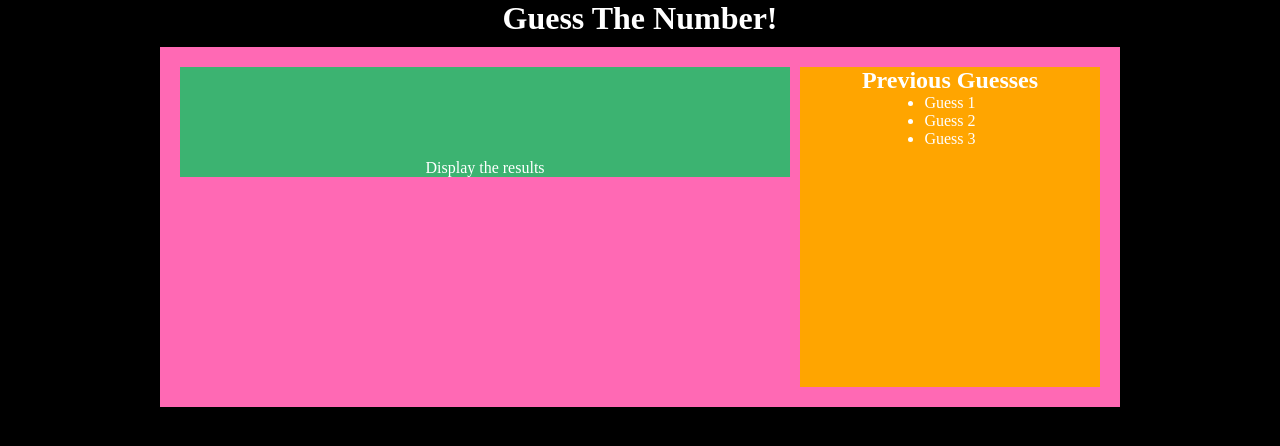
Repository: mlmEFSC21/P14-Guessing-Game
Page: guess.html
An editor plug-in stored every save of this project. The page is shown before and after the next save, followed by the edit.
The browser window is 1280 px wide. The pictures show the whole page.

Above is the page before, as saved 2022-03-16 20:20:57.

### guess.html
<!DOCTYPE html>
<html lang="en">
    <head>
        <meta charset="UTF-8" />
        <meta http-equiv="X-UA-Compatible" content="IE=edge" />
        <meta name="viewport" content="width=device-width, initial-scale=1.0" />
        <link rel="stylesheet" href="guess.css" />
        <script src="guess.js" defer></script>
        <title>Guessing Game</title>
    </head>
    <body>
        <header>
            <h1 class="pageTitle">Guess The Number!</h1>
        </header>
        <section>
            <div class="gameContainer" id="container">
                <div class="results" id="results">
                    <p>Display the results</p>
                </div>
                <div class="trackGuesses" id="guessContainer">
                    <h2>Previous Guesses</h2>
                    <ul class="guesses" id="guessList">
                        <li>Guess 1</li>
                        <li>Guess 2</li>
                        <li>Guess 3</li>
                    </ul>
                </div>
            </div>
        </section>
    </body>
</html>

### guess.css
*,
*::after,
*::before {
    box-sizing: border-box;
    margin: 0;
    padding: 0;
}
body {
    background-color: black;
    color: white;
}
.pageTitle {
    text-align: center;
}
.gameContainer {
    background-color: hotpink;
    display: grid;
    max-width: 960px;
    height: 50vh;
    margin: 10px auto;
    padding: 20px;
    grid-template-columns: repeat(3, 1fr);
    grid-template-rows: 1fr 1fr;
    grid-auto-rows: minmax(200px, auto);
    gap: 10px;
    align-items: start;
    justify-content: center;
}
.results {
    background-color: mediumseagreen;
    display: flex;
    grid-column: 1/3;
    grid-row: 1 / 3;
    height: 100%;
    justify-content: center;
    align-items: flex-end;
}
.trackGuesses {
    background-color: orange;
    display: flex;
    flex-direction: column;
    height: 100%;
    grid-row: 1 / 4;
    align-items: center;
}

### guess.js
let randomNumber = Math.floor(Math.random() * 1000 + 1);
let guesses = [];
let currentGuess;
const results = document.getElementById("results");
const p = document.createElement("p");

function getGuess() {
    currentGuess = parseInt(prompt("Pick a number between 1 and 1000 (inclusive)!"));
}

function checkGuess(guess, rng) {
    while (guess != rng) {
        if (guess == rng) {
            p.innerText = "You won. Good job!";
        } else if (guess < rng) {
            guesses.push(currentGuess);
            p.innerText = "Too low. Try again!";
            results.append(p);
            getGuess();
        } else {
            guesses.push(currentGuess);
            p.innerText = "Too high. Try again!";
            results.append(p);
            getGuess();
        }
    }
}

// getGuess();

// checkGuess(currentGuess, randomNumber);

//logging random number for debugging. DELETE LATER
console.log(randomNumber);
console.log(guesses);
console.log(currentGuess);

After the next save:
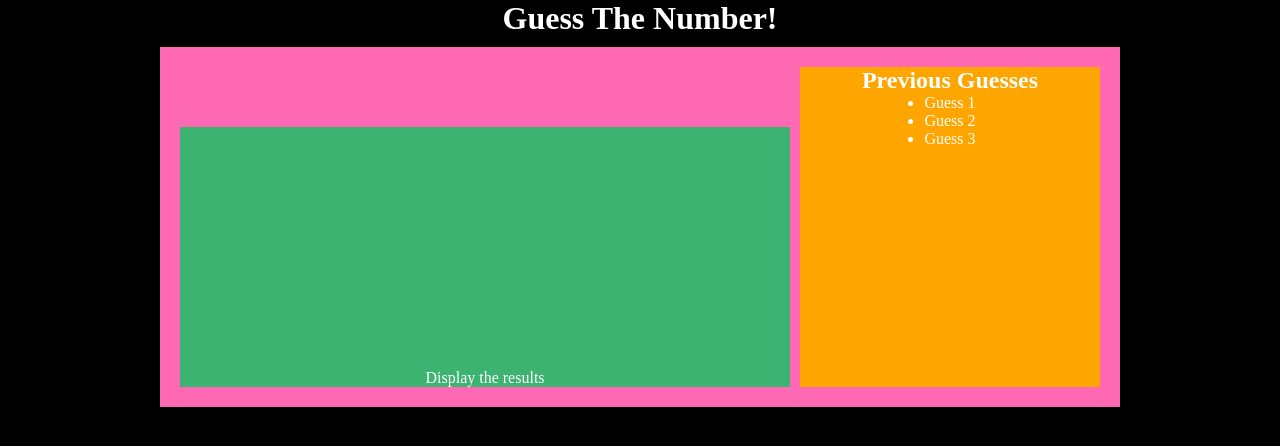
Saved 36 s later.
--- a/guess.css
+++ b/guess.css
@@ -30,7 +30,7 @@ body {
     background-color: mediumseagreen;
     display: flex;
     grid-column: 1/3;
-    grid-row: 1 / 3;
+    grid-row: 2 / 4;
     height: 100%;
     justify-content: center;
     align-items: flex-end;
